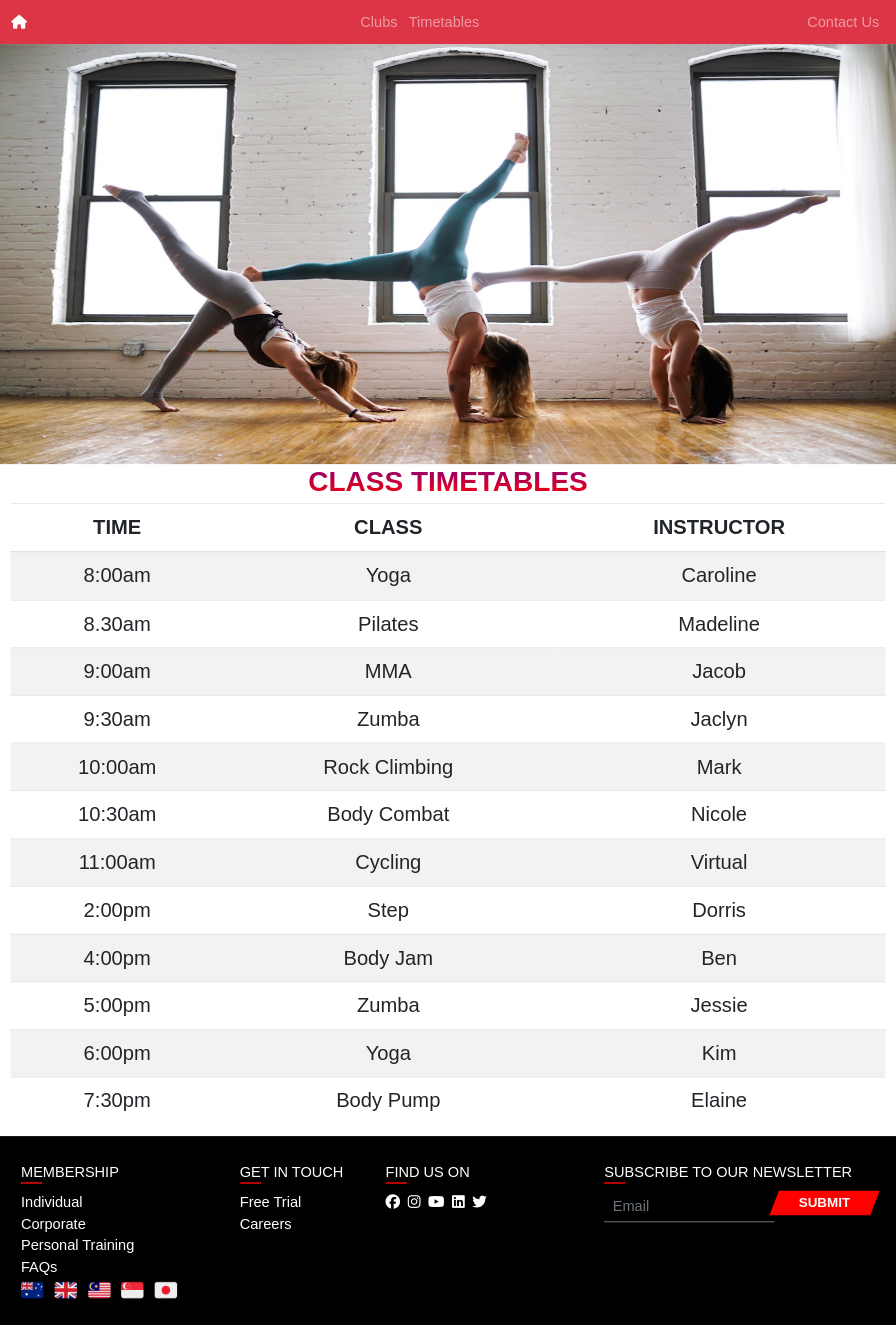
Repository: KJY93/User_Centric_Frontend_Development_Project
Page: timetables.html
The author's editor kept a record of every edit. The page is drawn from the files as they stood at one moment, then again after the next edit.
The browser window is 1280 px wide. The pictures show the whole page, at 70% of full size.
Some web fonts or font styles are not loaded; a fallback is used. Some web libraries are served in a nearby version.

Above is the page before.

### timetables.html
<!DOCTYPE html>
<html lang="en-US">
	<head>
	    <meta charset="UTF-8">
	    <meta name="viewport" content="width=device-width, initial-scale=1.0">
	    <meta http-equiv="X-UA-Compatible" content="ie=edge">
	    <title>Shape Shifters | Our Clubs</title>

		<!-- Google Fonts -->
	    <link href="https://fonts.googleapis.com/css?family=Cute+Font&display=swap" rel="stylesheet">

	    <!-- Logo -->
	    <link rel="icon" href="static/fitness-logo.ico">

	    <!-- Bootstrap CSS -->
	    <link rel="stylesheet" href="https://stackpath.bootstrapcdn.com/bootstrap/4.3.1/css/bootstrap.min.css" integrity="sha384-ggOyR0iXCbMQv3Xipma34MD+dH/1fQ784/j6cY/iJTQUOhcWr7x9JvoRxT2MZw1T" crossorigin="anonymous">

	    <!-- External CSS StyleSheet -->
		<link rel="stylesheet" type="text/css" href="static/styles.css">

		<!-- Bootstrap JS -->
	    <script src="https://code.jquery.com/jquery-3.3.1.slim.min.js" integrity="sha384-q8i/X+965DzO0rT7abK41JStQIAqVgRVzpbzo5smXKp4YfRvH+8abtTE1Pi6jizo" crossorigin="anonymous"></script>
	    <script src="https://cdnjs.cloudflare.com/ajax/libs/popper.js/1.14.7/umd/popper.min.js" integrity="sha384-UO2eT0CpHqdSJQ6hJty5KVphtPhzWj9WO1clHTMGa3JDZwrnQq4sF86dIHNDz0W1" crossorigin="anonymous"></script>
	    <script src="https://stackpath.bootstrapcdn.com/bootstrap/4.3.1/js/bootstrap.min.js" integrity="sha384-JjSmVgyd0p3pXB1rRibZUAYoIIy6OrQ6VrjIEaFf/nJGzIxFDsf4x0xIM+B07jRM" crossorigin="anonymous"></script>

	    <!-- Font Awesome -->
	    <script src="https://kit.fontawesome.com/3df94da5fe.js"></script>
	</head>

	<body>
	    <main>
	        <!-- Navbar -->
			<nav class="navbar navbar-expand-md navbar-dark bg-danger">
			  	<a class="navbar-brand" href="#"><i class="fas fa-home"></i></a>
			  	<button class="navbar-toggler" type="button" data-toggle="collapse" data-target="#navbarNav">
			    <span class="navbar-toggler-icon"></span>
			  	</button>
			  	<div class="collapse navbar-collapse" id="navbarNav">
			    	<ul class="navbar-nav ml-auto">
			      		<li class="nav-item">
			        		<a class="nav-link" href="#">Clubs</a>
			      		</li>
			      		<li class="nav-item">
			        		<a class="nav-link" href="#">Timetables</a>
			      		</li>
			    	</ul>

			    	<ul class="navbar-nav ml-auto">
			      		<li class="nav-item">
			        		<a class="nav-link" href="#">Contact Us</a>
			      		</li>
			    	</ul>
			  	</div>
			</nav>

			<!-- Timetables background -->
			<div id="timetables-header-background"></div>

			<!-- Class Timetables Header-->
			<div>
				<h1 class="club-header"><strong>CLASS TIMETABLES</strong></h1>
			</div>

			<!-- Timetables -->
			<div class="container-fluid">
                <table class="table table-striped">
                    <thead>
                        <tr>
                            <th scope="col">TIME</th>
                            <th scope="col">CLASS</th>
                            <th scope="col">INSTRUCTOR</th>
                        </tr>
                    </thead>
                    <tbody>
                        <tr>
                            <td>8:00am</td>
                            <td>Yoga</td>
                            <td>Caroline</td>
                        </tr>
                        <tr>
                            <td>8.30am</td>
                            <td>Pilates</td>
                            <td>Madeline</td>
                        </tr>
                        <tr>
                            <td>9:00am</td>
                            <td>MMA</td>
                            <td>Jacob</td>
                        </tr>
                        <tr>
                            <td>9:30am</td>
                            <td>Zumba</td>
                            <td>Jaclyn</td>
                        </tr>
                        <tr>
                            <td>10:00am</td>
                            <td>Rock Climbing</td>
                            <td>Mark</td>
                        </tr>
                        <tr>
                            <td>10:30am</td>
                            <td>Body Combat</td>
                            <td>Nicole</td>
                        </tr>
                        <tr>
                            <td>11:00am</td>
                            <td>Cycling</td>
                            <td>Virtual</td>
                        </tr>
                        <tr>
                            <td>2:00pm</td>
                            <td>Step</td>
                            <td>Dorris</td>
                        </tr>
                        <tr>
                            <td>4:00pm</td>
                            <td>Body Jam</td>
                            <td>Ben</td>
                        </tr>
                        <tr>
                            <td>5:00pm</td>
                            <td>Zumba</td>
                            <td>Jessie</td>
                        </tr>
                        <tr>
                            <td>6:00pm</td>
                            <td>Yoga</td>
                            <td>Kim</td>
                        </tr>
                        <tr>
                            <td>7:30pm</td>
                            <td>Body Pump</td>
                            <td>Elaine</td>
                        </tr>
                    </tbody>
                </table>
            </div>

			<!-- Footer -->
			<footer>
				<div class="container-fluid">
					<div class="row">
						<div class="col-sm-12 col-md-3">
							<div>MEMBERSHIP</div>
							<div class="separator"></div>
							<div>Individual</div>
							<div>Corporate</div>
							<div>Personal Training</div>
							<div>FAQs</div>
						</div>

						<div class="col-sm-12 col-md-2">
							<div>GET IN TOUCH</div>
							<div class="separator"></div>
							<div>Free Trial</div>
							<div>Careers</div>
						</div>

						<div class="col-sm-12 col-md-3">
							<div>FIND US ON</div>
							<div class="separator"></div>
							<div>
								<i class="fab fa-facebook social-media-logo"></i>
								<i class="fab fa-instagram social-media-logo"></i>
								<i class="fab fa-youtube social-media-logo"></i>
								<i class="fab fa-linkedin social-media-logo"></i>
								<i class="fab fa-twitter social-media-logo"></i>
							</div>
						</div>

						<div class="col-sm-12 col-md-4">
							<div>SUBSCRIBE TO OUR NEWSLETTER</div>

							<div class="separator"></div>

							<form method="post" action="">
								<div class="input-field-container">
									<div class="form-group">
										<input type="email" class="form-control" placeholder="Email" required>
									</div>

									<div class="each">
										<button type="button" class="submit-btn" value="submit"><span>SUBMIT</span></button>
									</div>
								</div>
							</form>
						</div>

						<div class="col-sm-12">
							<img class="flag-logo" src="static/australia-flag.png" alt="australia flag"/>
							<img class="flag-logo" src="static/uk-flag.png" alt="uk flag"/>
							<img class="flag-logo" src="static/mys-flag.png" alt="malaysia flag"/>
							<img class="flag-logo" src="static/sg-flag.png" alt="singapore flag"/>
							<img class="flag-logo" src="static/jpn-flag.png" alt="japan flag"/>
						</div>

					</div>
				</div>
			</footer>

	    </main>
	</body>
</html>

### static/styles.css
body, html {
	height: 100%;
}

body {
	font-family: 'Cute Font', cursive, sans-serif;
}

input[type="email"] {
  background: transparent;
  border: none;
  border-bottom: 1px solid #a9a9a9;
  box-shadow: none;
  border-radius: 0;
}

.iframe-video-size {
	width: 300px;
	height: 320px;
}

.social-media-logo {
	margin-right: 5px;
}

.separator {
	margin-bottom: 10px;
	height: 2px;
	width: 30px;
	background: rgb(255, 0, 0);
	z-index: 1;
}

.row {
	margin-left: 0;
	margin-right: 0;
}

#advert > h1 {
	color: #ffffff;
}

#signup-link {
	color: #ffffff;
}

input[type="email"] {
 	font-size: 1em;
}

.col-sm-12, .col-md-6, .nav-link, #signup-link {
	font-size: 1.3em;
}

.link-deco:link {
	text-decoration: none;
}

.link-deco:hover {
	font-size:120%;
}

.link-font-color, button > .link-deco:hover {
	color: #ffffff;
}

.box2, .box3 {
	background: rgba(255,117,117,0.1);
}

.button-container, p, .challenge-container, #signup-container, .box3, .box2 {
	text-align: center;
}

#divider {
	width: 100%;
	border: 1px solid black;
}

footer {
	padding-top: 35px;
	padding-bottom: 35px;
	background: rgba(0, 0, 0);
	color: #ffffff;
}

.box1 {
	background:url('../static/background-mobile.jpg');
	background-repeat: no-repeat;
	background-size: 100% 100%;
	height: 400px;
	display: flex;
	align-items: center;
	justify-content: center;
}

/*https://codepen.io/adamjohnson/pen/aokGt*/
/* Skew button design adapted from the above codepen project*/
.submit-btn {
	color: #fff;
	background: #ff0000;
	font-weight: 700;
	text-align: center;
	text-decoration: none;
	border: 0;
	outline: 0;
	font-size: 1.2rem;
	padding: 12px 35px;
	display: inline-block;
	transform: skew(-21deg);
	border-radius: 0;
}

.input-field-container {
	display: flex;
	flex-direction: row;
}

.submit-btn:hover {
	background: #0069a8;
}

span {
	display: inline-block; /* change to inline-block so that the text can be un-skewed*/
}

.submit-btn > span {
	-webkit-transform: skew(21deg);  /* Un-skew the text */
}

.btn-group {
	padding-left: 15px;
}

.flag-logo {
	padding-right: 10px;
}

#club-header-background {
	background:url('../static/bodycombat.jpg');
	background-repeat: no-repeat;
	background-size: 100% 100%;
	height: 200px;
}

.club-header {
	text-align: center;
	background: linear-gradient(to top, #ff0000 , #800080);
	-webkit-background-clip: text;
	-webkit-text-fill-color: transparent;
	font-size: 2.5em;
}

.location {
	display: flex;
	flex-direction: column;
	justify-content: center;
	align-items: center;
	color: #ffffff;
	margin-bottom: 20px;
}

.location:link {
	text-decoration: none;
}

.location:hover {
	opacity: 0.8;
}

.location:hover .location-name, .location:hover .club-info {
	background: linear-gradient(to top, #ff0000 , #ff9800);
	-webkit-background-clip: text;
	-webkit-text-fill-color: transparent;
}

.location-name {
	font-size: 2.3em;
}

.club-info {
	font-size: 1.2em;
	border: 1px solid #ffffff;
	padding-left: 20px;
	padding-right: 20px;
	border-radius: 20px;
}

#location-image-1 {
	background:url('../static/paragon.jpg');
    background-size: 100% 100%;
    background-repeat: no-repeat;
    background-position: center;
	border-radius: 10px;
	height: 250px;
}

#location-image-2 {
	background:url('../static/clarke-quay.jpg');
    background-size: 100% 100%;
    background-repeat: no-repeat;
    background-position: center;
	border-radius: 10px;
	height: 250px;
}

#location-image-3 {
	background:url('../static/tanjongpagar.jpg');
    background-size: 100% 100%;
    background-repeat: no-repeat;
    background-position: center;
	border-radius: 10px;
	height: 250px;
}

#location-image-4 {
	background:url('../static/vivocity.jpg');
    background-size: 100% 100%;
    background-repeat: no-repeat;
    background-position: center;
	border-radius: 10px;
	height: 250px;
}

#location-image-5 {
	background:url('../static/rafflesplace.jpg');
    background-size: 100% 100%;
    background-repeat: no-repeat;
    background-position: center;
	border-radius: 10px;
	height: 250px;
}

#location-image-6 {
	background:url('../static/rafflesmall.jpg');
    background-size: 100% 100%;
    background-repeat: no-repeat;
    background-position: center;
	border-radius: 10px;
	height: 250px;
}

#timetables-header-background {
	background:url('../static/groupyoga.jpg');
	background-repeat: no-repeat;
	background-size: 100% 100%;
	height: 250px;
}

.table {
	text-align: center;
	font-size: 1.3rem;
}

/* for extra small device */
@media (max-width: 400px) {
	.iframe-video-size {
	width: 260px;
	height: 320px;
	}

	#club-header-background {
		height: 160px;
	}

	.club-header {
		font-size: 2.0em;
	}

	.location-name {
		font-size: 2.0em;
	}

	.club-info {
		font-size: 1.0em;
	}
}

/* for medium screen device */
@media (min-width: 768px) and (max-width: 991.98px) {
	.box1 {
		background:url('../static/background.jpg');
		background-repeat: no-repeat;
		height: 550px;
		background-size: 100% 100%;
	}

	.box2 {
		text-align: center;
	}

	.btn-group {
		padding-left: 0;
	}

	.iframe-video-size {
		width: 340px;
		height: 320px;
	}

	#timetables-header-background {
		height: 450px;
	}

	.table {
		font-size: 1.8rem;
	}
}

/* for large screen device */
@media (min-width: 992px) {
	.box1 {
		height: 600px;
	}

	.btn-group {
		padding-left: 0;
	}

	.submit-btn {
		padding: 3px 35px;
	}

	.iframe-video-size {
		width: 470px;
		height: 320px;
	}

	#club-header-background {
		height: 376px;
	}

	#timetables-header-background {
		height: 600px;
	}

	.table {
		font-size: 1.8rem;
	}

}

After the next edit:
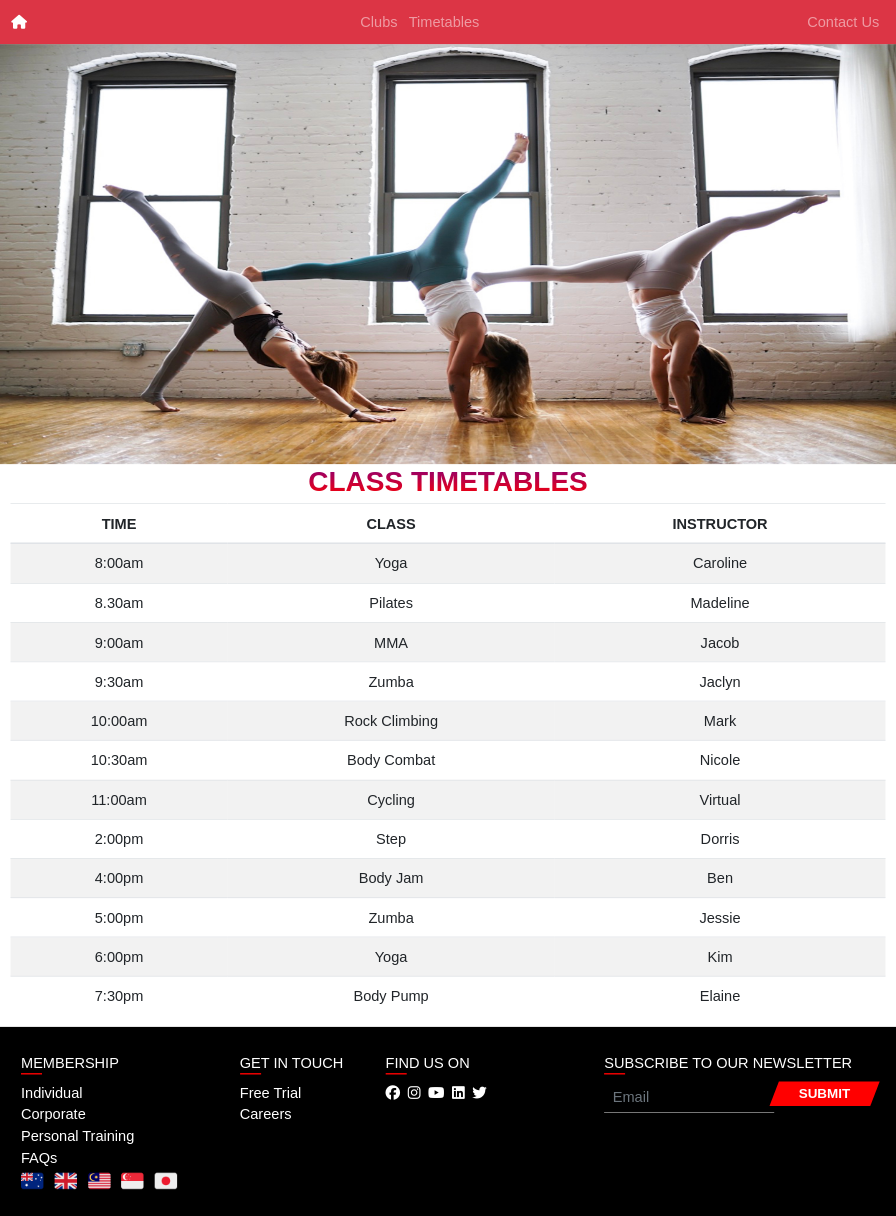
The edit:
--- a/static/styles.css
+++ b/static/styles.css
@@ -333,9 +333,4 @@
 	#timetables-header-background {
 		height: 600px;
 	}
-
-	.table {
-		font-size: 1.8rem;
-	}
-
-}
+}
